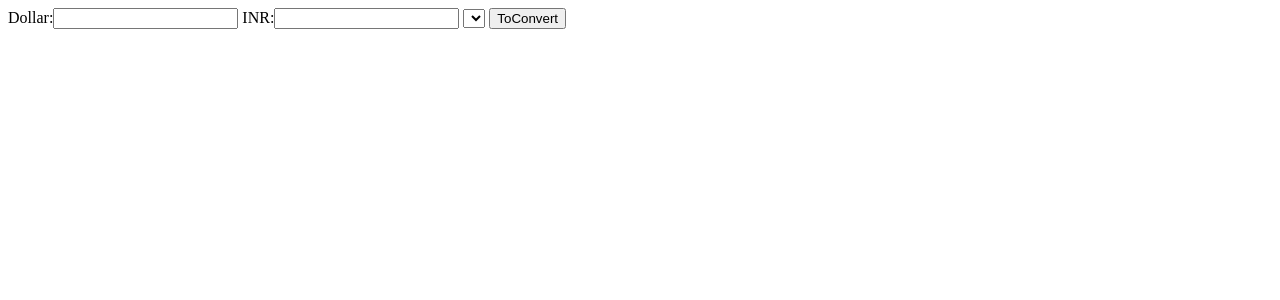
Repository: ravikumar0303/Advance-Java
Page: Converter/src/main/webapp/index.html
An editor plug-in stored every save of this project. The page is shown before and after the next save, followed by the edit.
The browser window is 1280 px wide. The pictures show the whole page.

Above is the page before, as saved 2023-06-21 05:11:02.

### Converter/src/main/webapp/index.html
<!DOCTYPE html>
<html>
<head>
<meta charset="ISO-8859-1">
<title>Insert title here</title>
</head>
<body>
<form action="convert" method="post">
Dollar:<input type="text" name="dollar" id="d1"></input>
INR:<input type="text" name="inr" id="i1"></input>
<select onchange="convert">
<select>
<button type="submit" name="con" id="c1" value="convert">ToConvert</button>
</body>
</html>

After the next save:
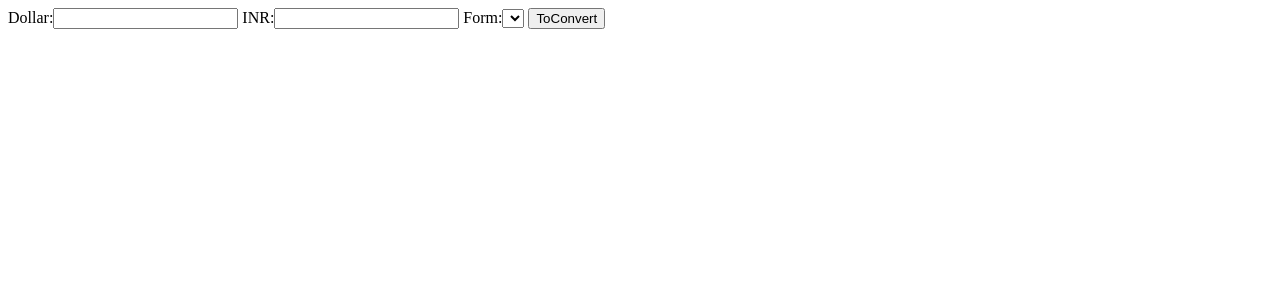
Saved 7 min 29 s later.
--- a/Converter/src/main/webapp/index.html
+++ b/Converter/src/main/webapp/index.html
@@ -8,8 +8,11 @@
 <form action="convert" method="post">
 Dollar:<input type="text" name="dollar" id="d1"></input>
 INR:<input type="text" name="inr" id="i1"></input>
-<select onchange="convert">
-<select>
+Form:<select onchange="convert">
+ <opction value="convert">INR</opction>
+ <opction value="convert">Dollar</opction>
+ <opction value="convert">Euro</opction>
+</select>
 <button type="submit" name="con" id="c1" value="convert">ToConvert</button>
 </body>
 </html>
